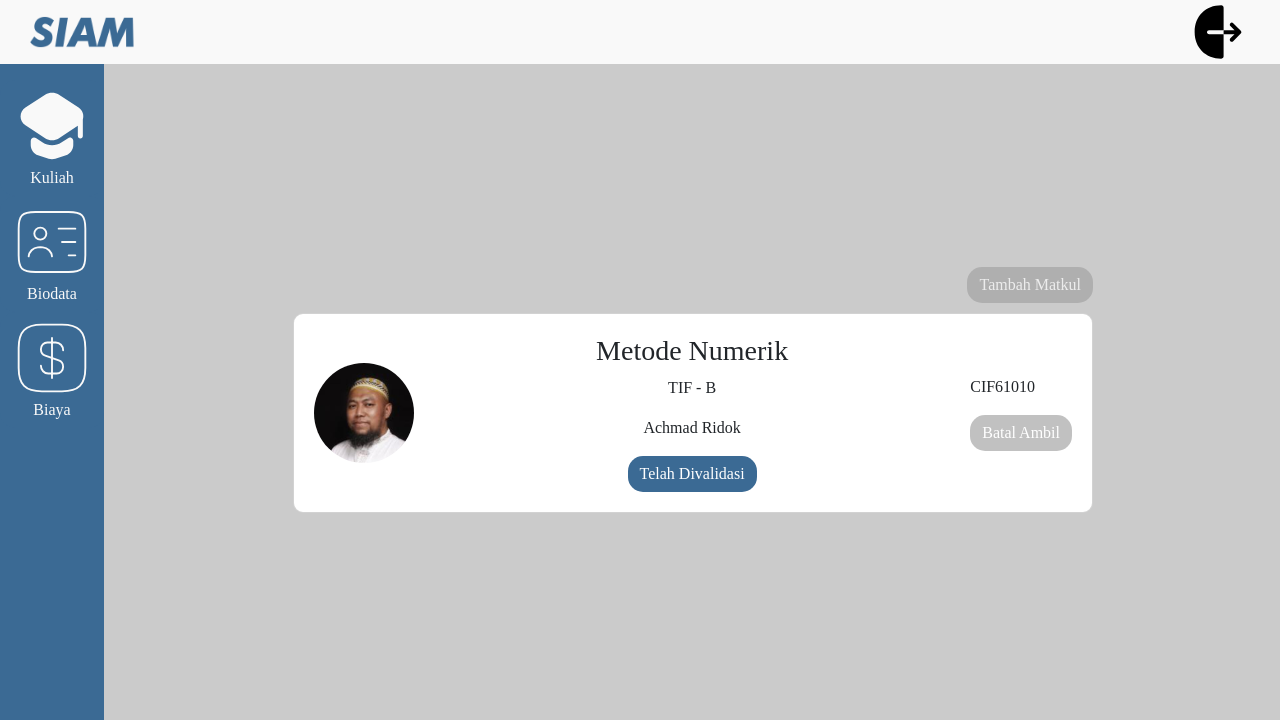
Repository: haikalirf/Project-IMK
Page: krs.html
An editor plug-in stored every save of this project. The page is shown before and after the next save, followed by the edit.
The browser window is 1280 px wide. The pictures show the whole page.
Some web fonts or font styles are not loaded; a fallback is used.

Above is the page before, as saved 2022-12-16 19:28:20.
Not found: scripts/.js

### krs.html
<!DOCTYPE html>
<html lang="en">
<head>
	<meta charset="UTF-8">
	<meta http-equiv="X-UA-Compatible" content="IE=edge">
	<meta name="viewport" content="width=device-width, initial-scale=1.0">
	<title>SIAM</title>
	<link rel="icon" href="/assets/logo_ub.ico">
	<link rel="stylesheet" href="https://cdn.jsdelivr.net/npm/bootstrap@5.2.3/dist/css/bootstrap.min.css" integrity="sha384-rbsA2VBKQhggwzxH7pPCaAqO46MgnOM80zW1RWuH61DGLwZJEdK2Kadq2F9CUG65" crossorigin="anonymous">
	<link rel="stylesheet" href="/styles/krs.css">
</head>
<body>
	<nav class="navbar" id="navbar">
		<div class="navbar-left">
			<a class="navbar-brand" href="/kuliah.html">
				<img class="navbar-image" src="/assets/SIAM.png" alt="SIAM">
			</a>
		</div>
		<a class="navbar-link" href="landing.html">
			<img id="navbar-image" src="/assets/Logout.svg" alt="Logout">
		</a>
	</nav>
	<div class="mh-100" id="sidebar">
		<a class="btn" href="kuliah.html">
			<img id="sidebar-kuliah" src="/assets/Kuliah Logo.svg" alt="Kuliah">
			<label for="sidebar-kuliah">Kuliah</label>
		</a>
		<a class="btn" href="biodata.html">
			<img id="sidebar-biodata" src="/assets/Biodata Logo Kosong.svg" alt="Biodata">
			<label for="sidebar-biodata">Biodata</label>
		</a>
		<a class="btn" href="biaya.html">
			<img id="sidebar-biaya" src="/assets/Biaya Logo Kosong.svg" alt="Biaya">
			<label for="sidebar-biaya">Biaya</label>
		</a>
	</div>
	<main>
		<section>
			<button type="button" class="btn btn-primary button-tambah" disabled>Tambah Matkul</button>
			<div class="cards">
				<div class="card">
					<img src="/assets/Foto Dosen.png" alt="">
					<div class="card-middle">
						<h3>Metode Numerik</h3>
						<p>TIF - B</p>
						<p>Achmad Ridok</p>
						<button type="button" class="btn btn-primary button-valid">Telah Divalidasi</button>
					</div>
					<div class="card-right">
						<p>CIF61010</p>
						<button type="button" class="btn btn-primary button-batal" disabled>Batal Ambil</button>
					</div>
				</div>
			</div>
		</section>
	</main>
	<script src="https://cdn.jsdelivr.net/npm/bootstrap@5.2.3/dist/js/bootstrap.bundle.min.js" integrity="sha384-kenU1KFdBIe4zVF0s0G1M5b4hcpxyD9F7jL+jjXkk+Q2h455rYXK/7HAuoJl+0I4" crossorigin="anonymous"></script>
	<script src="/scripts/.js"></script>
</body>
</html>

### styles/krs.css
/* CSS Reset */
/*
	Josh's Custom CSS Reset
	https://www.joshwcomeau.com/css/custom-css-reset/
*/
*, *::before, *::after {
	box-sizing: border-box;
}
  * {
	margin: 0;
}
html, body {
	height: 100%;
}
body {
	line-height: 1.5;
	-webkit-font-smoothing: antialiased;
}
img, picture, video, canvas, svg {
	display: block;
	max-width: 100%;
}
input, button, textarea, select {
	font: inherit;
}
p, h1, h2, h3, h4, h5, h6 {
	overflow-wrap: break-word;
}
#root, #__next {
	isolation: isolate;
}
/* CSS Reset ends */

body {
	background-color: #cbcbcb;
	font-family: 'readex';
	font-size: 16px;
}

@font-face {
	font-family: 'readex';
	src:url('/assets/fonts/ReadexPro-Medium.ttf');
}

#navbar {
	display: flex;
	justify-content: space-between;
	position: fixed;
	background-color: #f9f9f9;
	z-index: 1;
	width: 100%;
	padding: 0px 30px;
}

.navbar-left {
	display: flex;
	align-items: center;
}

.navbar-image {
	height: 50px;
}

.navbar-extra {
	padding-bottom: 5px;
	margin-left: 15px;
}

main {
	padding-top: 60px;
	padding-left: 106px;
	display: flex;
	flex-direction: column;
	justify-content: center;
	align-items: center;
	height: 100vh;
	gap: 20px;
}

#sidebar {
	background-color: #3b6a94;
	display: flex;
	flex-direction: column;
	flex: 1;
	position: fixed;
	height: 100vh;
	padding-top: 80px;
}

#sidebar a:hover {
	background-color: #266093;
}

#sidebar img {
	width: 80px;
	height: 80px;
}

a img, a label {
	color: #f9f9f9;
}

section {
	display: flex;
	flex-direction: column;
	justify-content: center;
	align-items: center;
	width: 800px;
	gap: 10px;
}

.btn {
	background-color: #3b6a94;
	border: none;
	border-radius: 15px;
}

.btn:hover {
	background-color: #266093;
}

.list-group-flush {
	padding-left: 0px;
}

.button-tambah {
	align-self: flex-end;
}

.btn:disabled {
	background-color: #A1A1A1;
}

.cards {
	width: 100%;
}

.card {
	padding: 20px;
	display: flex;
	flex-direction: row;
	justify-content: space-between;
	align-items: center;
	border-radius: 10px;
}

.card img {
	width: 100px;
	height: 100px;
	clip-path: circle();
}

.card-middle {
	display: flex;
	flex-direction: column;
	align-items: center;
}

/* @media (max-width: 620px) {
	.card {
		width: 90%;
	}
} */

After the next save:
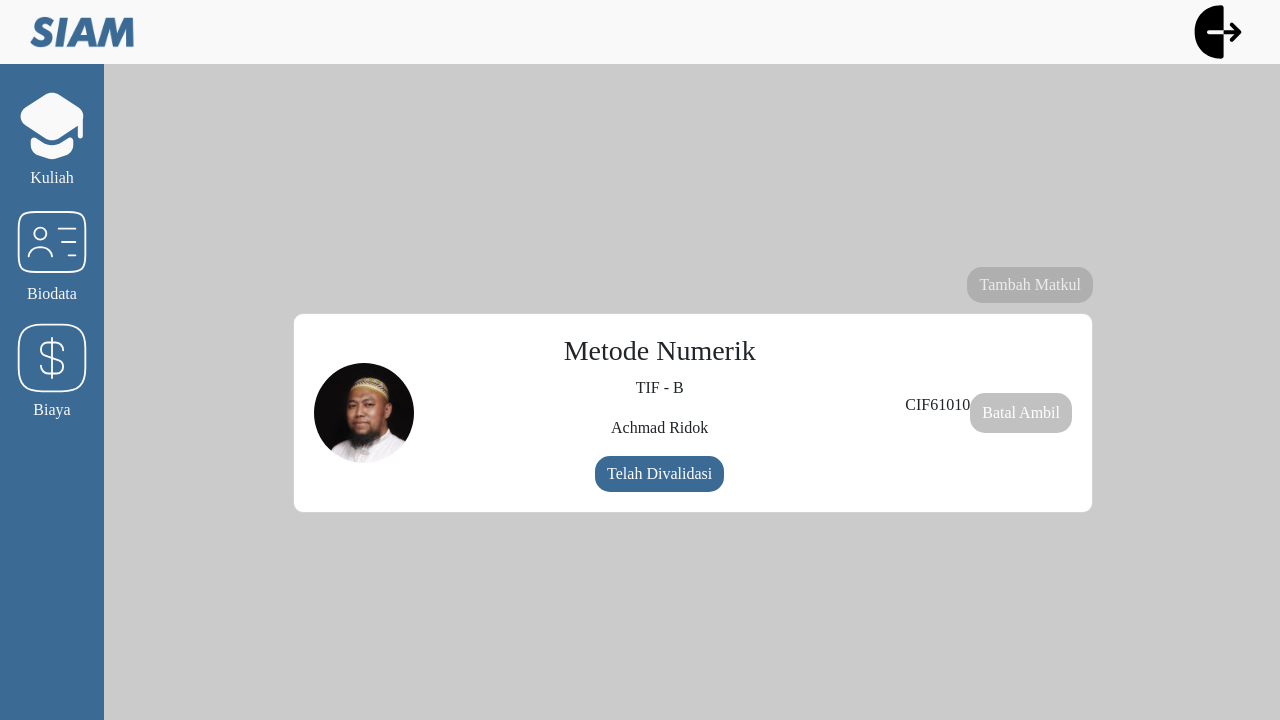
Saved 12 s later.
--- a/styles/krs.css
+++ b/styles/krs.css
@@ -156,6 +156,11 @@ section {
 	align-items: center;
 }
 
+.card-right {
+	display: flex;
+
+}
+
 /* @media (max-width: 620px) {
 	.card {
 		width: 90%;

After the save that followed:
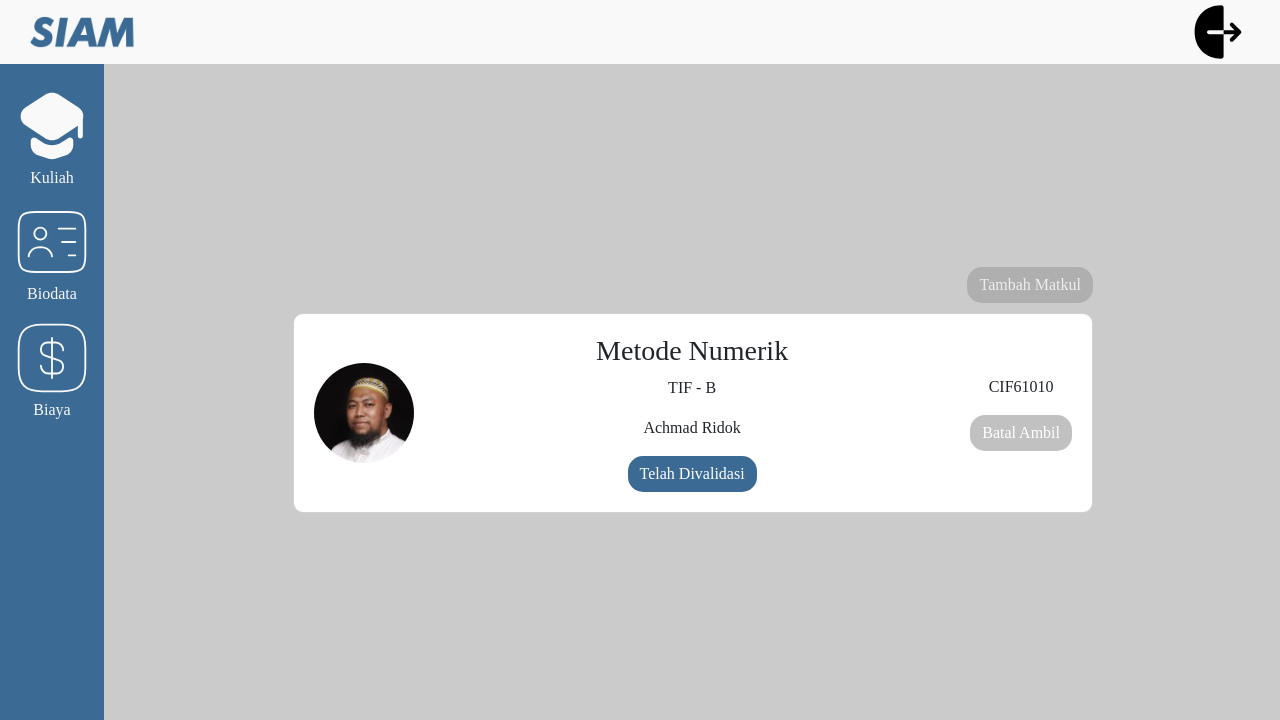
Saved 11 s later.
--- a/styles/krs.css
+++ b/styles/krs.css
@@ -158,7 +158,9 @@ section {
 
 .card-right {
 	display: flex;
-
+	flex-direction: column;
+	align-items: center;
+	justify-content: space-between;
 }
 
 /* @media (max-width: 620px) {
